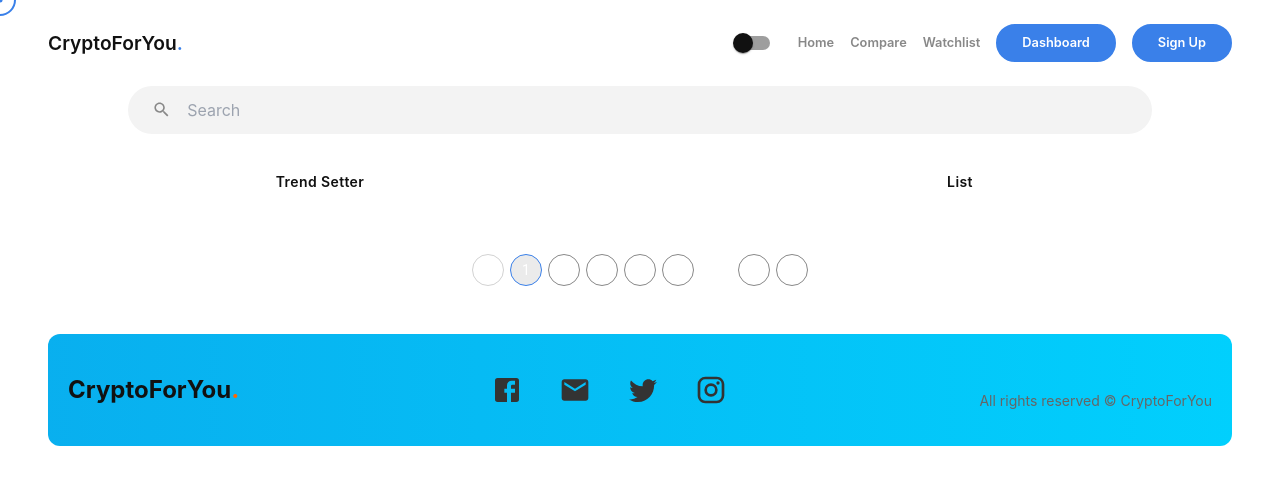
Repository: Pran2535/Prince
Page: /dashboard
These files come from the project's save history. The page is drawn as it stood at one moment and after the next save; the edit follows.
The browser window is 1280 px wide. The pictures show the whole page.
The page's requests for data from a server got no answer. The project was rebuilt for these pictures with package versions that can differ from the ones it lists, and the page was loaded fresh each time. No one was signed in, and anything a server would have sent is missing. Also part of the build but not shown: src/components/CoinPage/Info/styles.css, src/components/CoinPage/Info/index.js, src/components/CoinPage/LineChart/index.js, src/components/CoinPage/SelectDays/styles.css, src/components/CoinPage/SelectDays/index.js, src/components/CoinPage/ToggleComponent/index.js, src/components/Common/Loader/styles.css, src/components/Dashboard/List/styles.css and 22 more.

Above is the page before, as saved 2024-06-24 18:31:56.

After the next save:
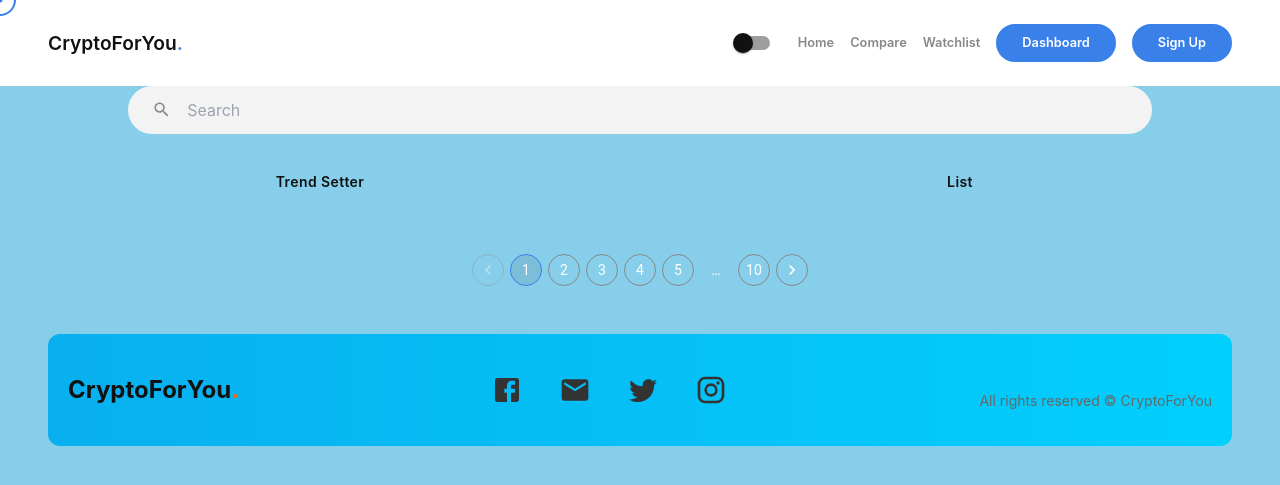
Saved 90 s later.
--- a/src/components/Dashboard/CustomCardComponent.css
+++ b/src/components/Dashboard/CustomCardComponent.css
@@ -1,4 +1,8 @@
 /* TrendsettersCard.css */
+
+body {
+    background-color: skyblue;
+}
 
 .trendsetters-container {
     display: flex;
@@ -17,8 +21,8 @@
 
 .outer {
     width: 100%;
-    height: 25px;
-    /* Fixed height of 25px */
+    height: 40px;
+    /* Increased to 40px */
     border-radius: 10px;
     padding: 1px;
     background: radial-gradient(circle 230px at 0% 0%, #ffffff, #0c0d0d);
@@ -27,14 +31,16 @@
 }
 
 .dot {
-    width: 5px;
+    width: 6px;
+    /* Slightly increased for visibility */
     aspect-ratio: 1;
     position: absolute;
     background-color: #fff;
     box-shadow: 0 0 10px #ffffff;
     border-radius: 100px;
     z-index: 2;
-    right: 10px;
+    right: 15px;
+    /* Adjusted position */
     top: 50%;
     transform: translateY(-50%);
     animation: moveDot 6s linear infinite;
@@ -44,11 +50,11 @@
 
     0%,
     100% {
-        right: 10px;
+        right: 15px;
     }
 
     50% {
-        right: calc(100% - 15px);
+        right: calc(100% - 21px);
     }
 }
 
@@ -69,7 +75,8 @@
 }
 
 .ray {
-    width: 50px;
+    width: 70px;
+    /* Increased width */
     height: 100%;
     position: absolute;
     background-color: #c7c7c7;
@@ -83,23 +90,21 @@
 
 .card .text {
     font-weight: bolder;
-    font-size: 1rem;
+    font-size: 1.2rem;
+    /* Increased font size */
     background: linear-gradient(45deg, #000000 4%, #fff, #000);
     background-clip: text;
     -webkit-background-clip: text;
     color: transparent;
-    margin-left: 15px;
+    margin-left: 20px;
+    /* Adjusted margin */
     z-index: 2;
-}
-
-.line {
-    display: none;
-    /* Hide lines as they don't fit well in the new design */
 }
 
 .trendsetters-wrapper {
     width: 100%;
     margin: 0 auto;
+    background-color: skyblue;
 }
 
 .trendsetters-header {

After the 2 saves that followed:
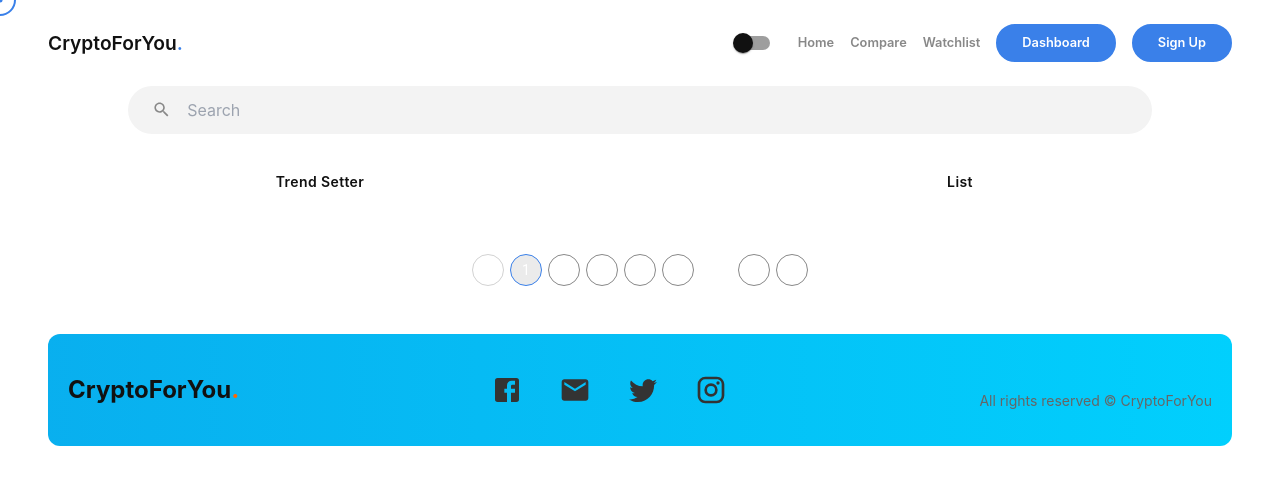
The 2 saves are shown as one change because 1 left the picture as it was.
The last was saved 17 s later.
--- a/src/components/Dashboard/CustomCardComponent.css
+++ b/src/components/Dashboard/CustomCardComponent.css
@@ -1,8 +1,4 @@
 /* TrendsettersCard.css */
-
-body {
-    background-color: skyblue;
-}
 
 .trendsetters-container {
     display: flex;
@@ -21,8 +17,8 @@
 
 .outer {
     width: 100%;
-    height: 40px;
-    /* Increased to 40px */
+    height: 25px;
+    /* Fixed height of 25px */
     border-radius: 10px;
     padding: 1px;
     background: radial-gradient(circle 230px at 0% 0%, #ffffff, #0c0d0d);
@@ -31,16 +27,14 @@
 }
 
 .dot {
-    width: 6px;
-    /* Slightly increased for visibility */
+    width: 5px;
     aspect-ratio: 1;
     position: absolute;
     background-color: #fff;
     box-shadow: 0 0 10px #ffffff;
     border-radius: 100px;
     z-index: 2;
-    right: 15px;
-    /* Adjusted position */
+    right: 10px;
     top: 50%;
     transform: translateY(-50%);
     animation: moveDot 6s linear infinite;
@@ -50,11 +44,11 @@
 
     0%,
     100% {
-        right: 15px;
+        right: 10px;
     }
 
     50% {
-        right: calc(100% - 21px);
+        right: calc(100% - 15px);
     }
 }
 
@@ -75,8 +69,7 @@
 }
 
 .ray {
-    width: 70px;
-    /* Increased width */
+    width: 50px;
     height: 100%;
     position: absolute;
     background-color: #c7c7c7;
@@ -90,21 +83,23 @@
 
 .card .text {
     font-weight: bolder;
-    font-size: 1.2rem;
-    /* Increased font size */
+    font-size: 1rem;
     background: linear-gradient(45deg, #000000 4%, #fff, #000);
     background-clip: text;
     -webkit-background-clip: text;
     color: transparent;
-    margin-left: 20px;
-    /* Adjusted margin */
+    margin-left: 15px;
     z-index: 2;
+}
+
+.line {
+    display: none;
+    /* Hide lines as they don't fit well in the new design */
 }
 
 .trendsetters-wrapper {
     width: 100%;
     margin: 0 auto;
-    background-color: skyblue;
 }
 
 .trendsetters-header {
